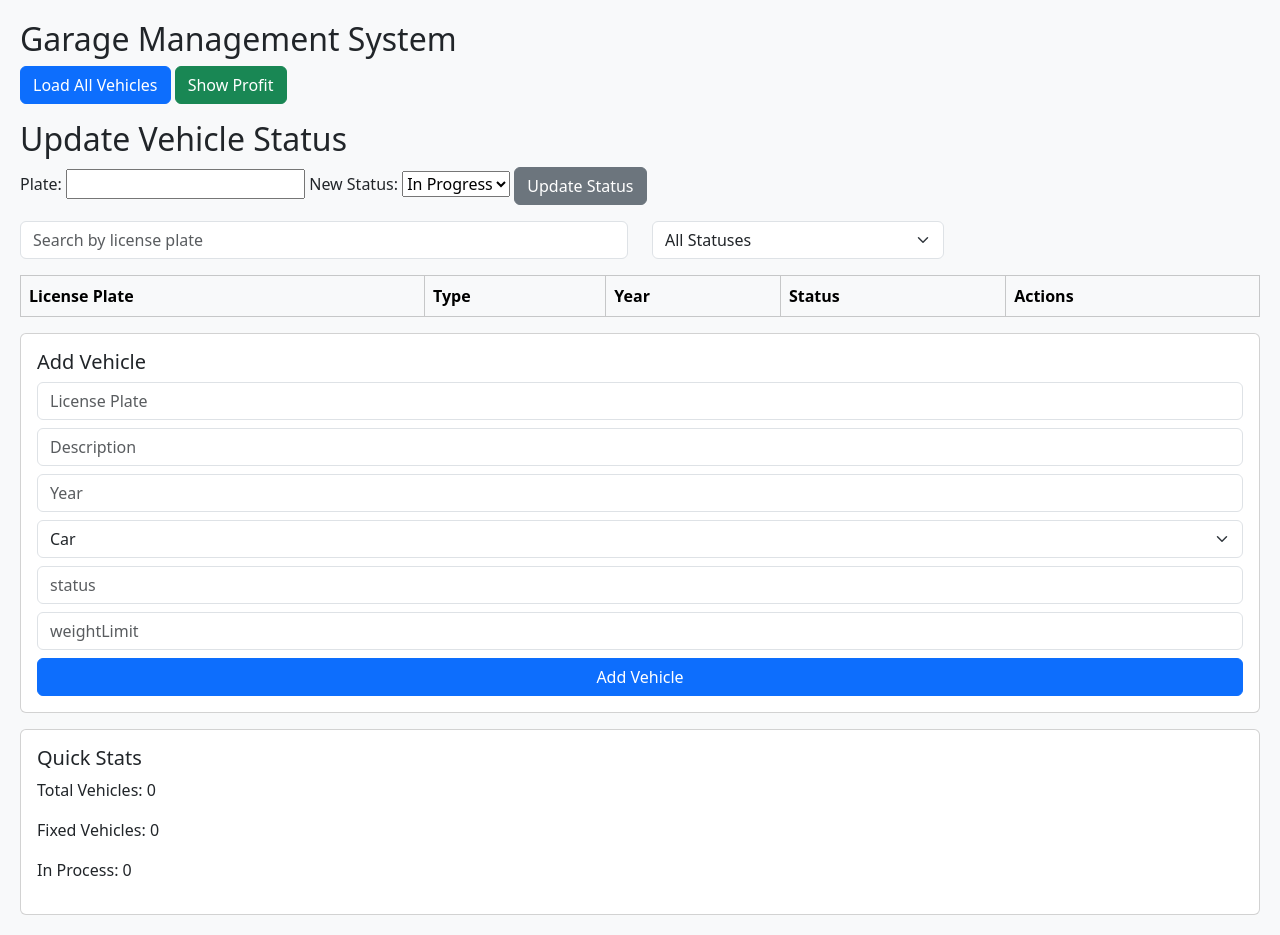
Repository: pravinpkadam444/garage-app
Page: garage-app/src/main/resources/static/index.html
An editor plug-in stored every save of this project. The page is shown before and after the next save, followed by the edit.
The browser window is 1280 px wide. The pictures show the whole page.
The page's requests for data from a server got no answer.

Above is the page before, as saved 2025-12-07 11:39:15.

After the next save:
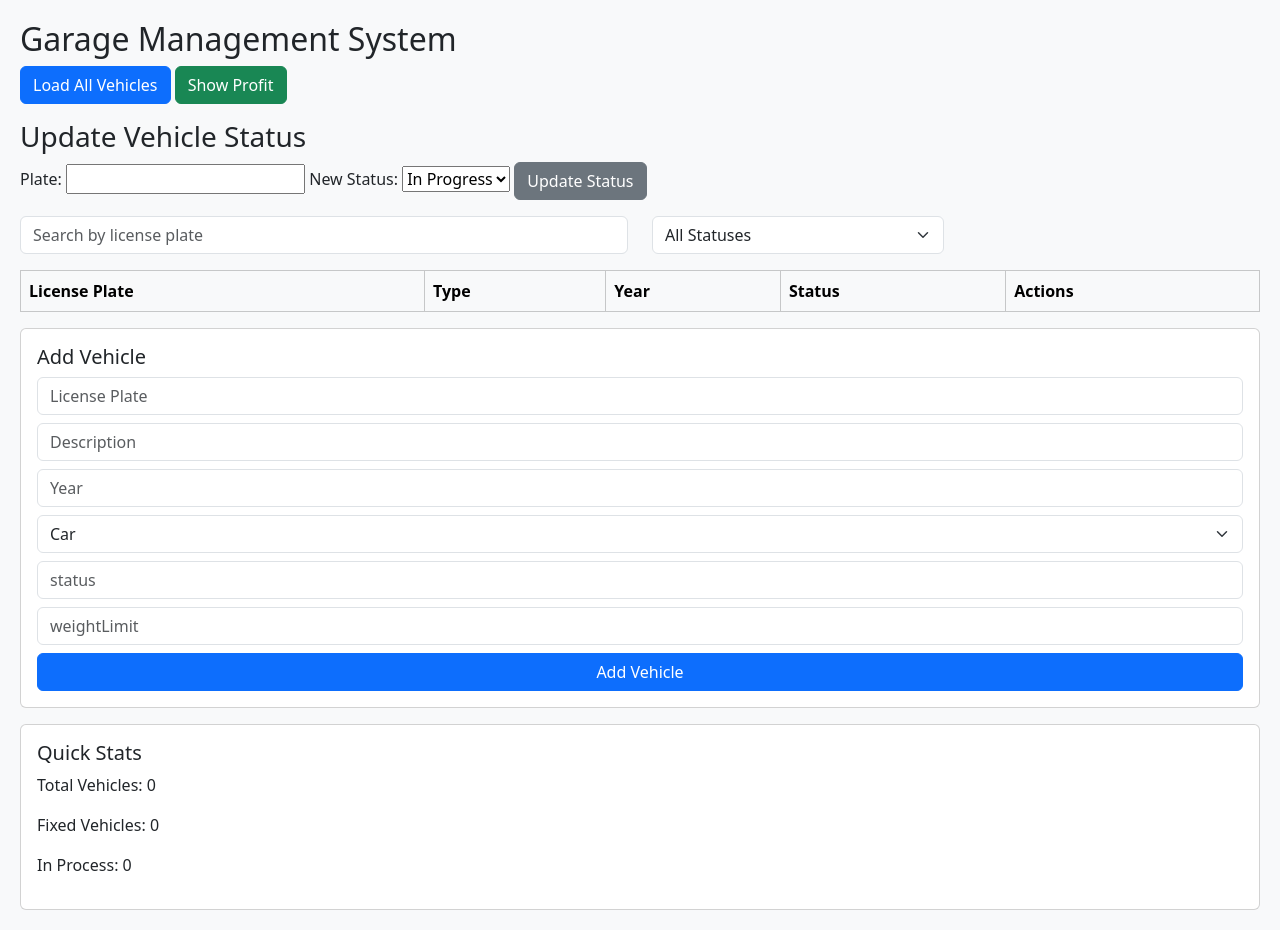
Saved 40 s later.
--- a/garage-app/src/main/resources/static/index.html
+++ b/garage-app/src/main/resources/static/index.html
@@ -20,7 +20,7 @@
 </div>
 <!-- Update Status -->
 	<div class="box">
-	    <h2>Update Vehicle Status</h2>
+	    <h3>Update Vehicle Status</h3>
 	    <label>Plate:</label>
 	    <input type="text" id="updPlate">
 
